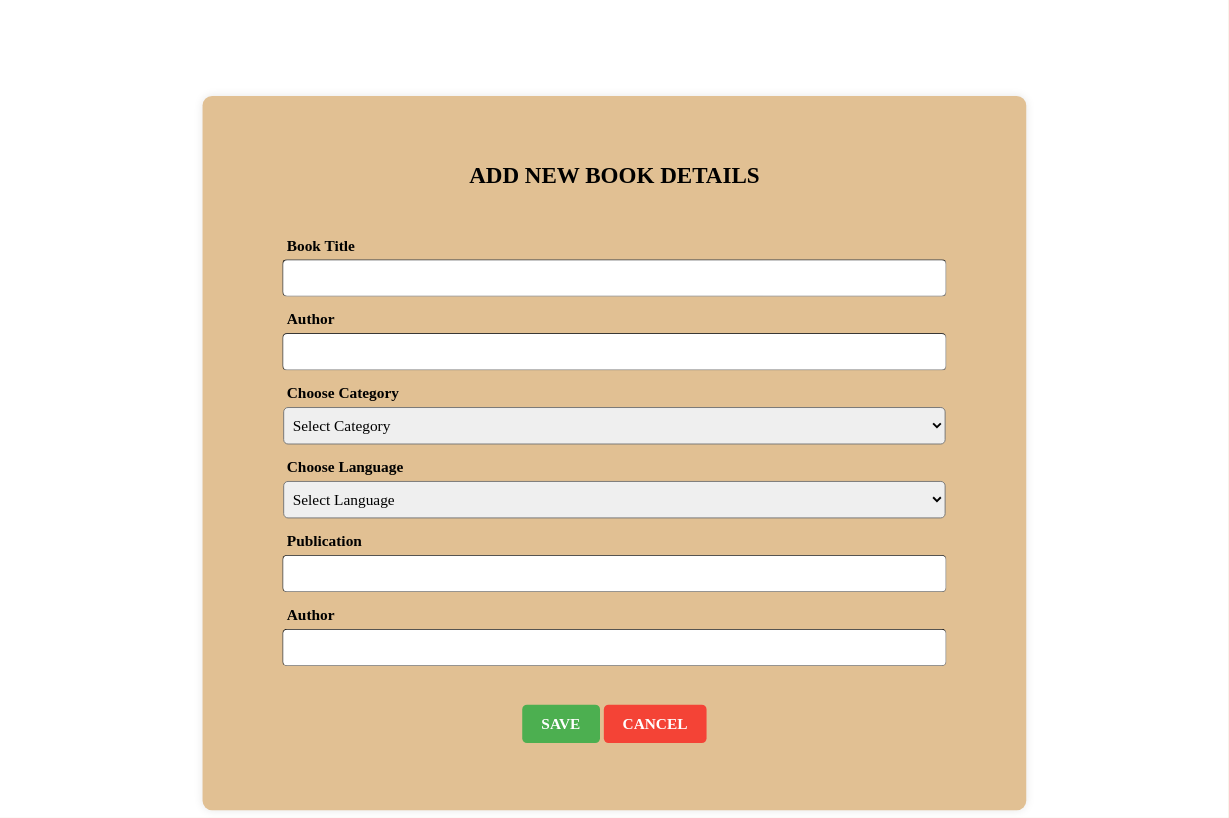
Repository: devikrishna908/RURAL-LIBRARY-MANAGEMENT
Page: http://localhost/library-management/WEB-INF/jsp/add-book.jsp
These files come from the project's save history. The page is drawn as it stood at one moment and after the next save; the edit follows.
The browser window is 1280 px wide. The pictures show the whole page, at 96% of full size.
The page is served by Tomcat 9. Nobody is signed in. The template is opened directly, without the code that normally fills it, so the values that code supplies are empty.

Above is the page before, as saved 2024-05-24 06:06:19.

After the next save:
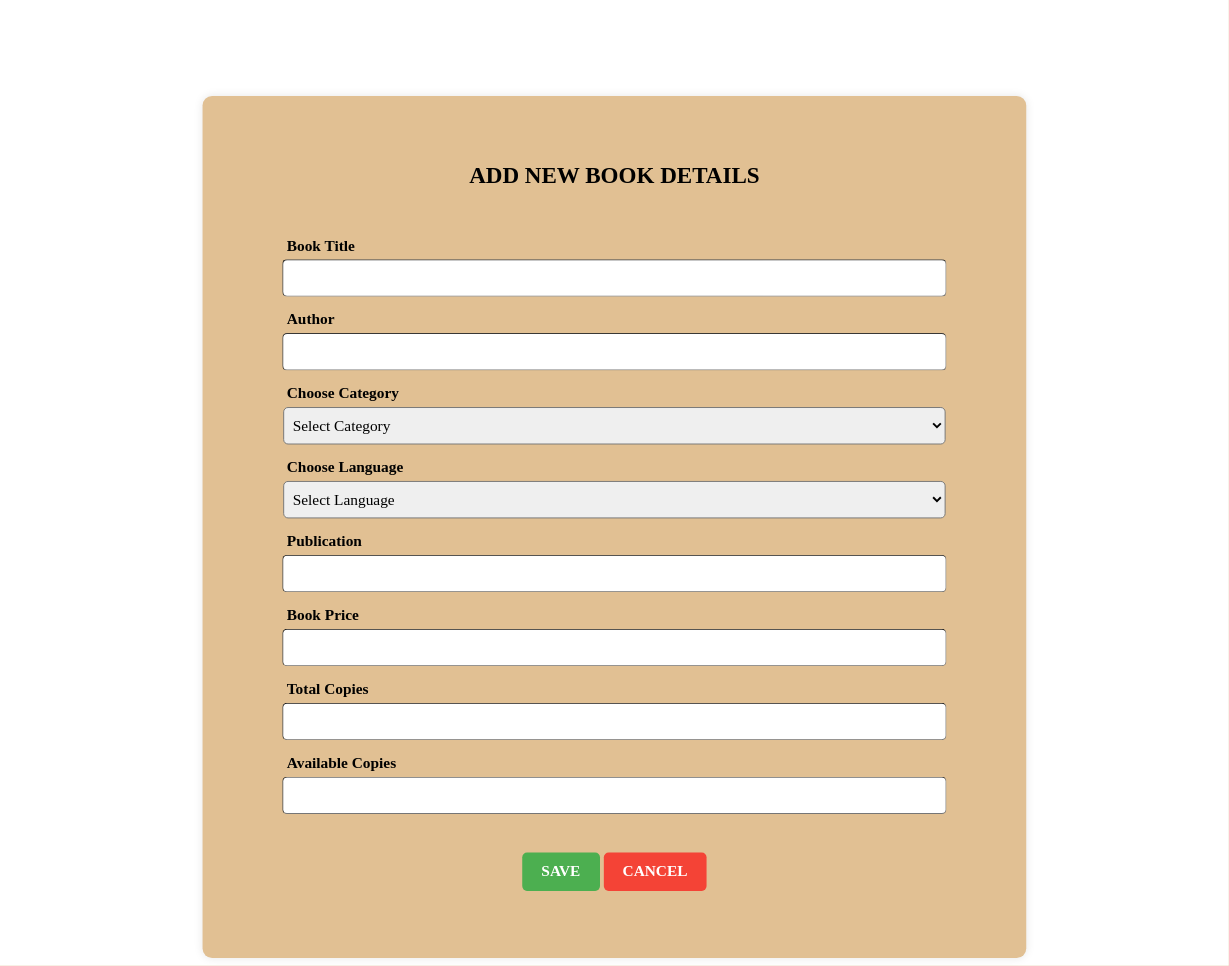
Saved 2 min 0 s later.
--- a/library-management/src/main/webapp/WEB-INF/jsp/add-book.jsp
+++ b/library-management/src/main/webapp/WEB-INF/jsp/add-book.jsp
@@ -52,8 +52,14 @@
 		        <label for="publication">Publication</label>
     		    <input type="text" id="publication" name="publication"><br>
 
-		        <label for="author">Author</label>
-    		    <input type="text" id="author" name="author"><br>
+		        <label for="price">Book Price</label>
+    		    <input type="text" id="price" name="price"><br>
+
+		        <label for="total">Total Copies</label>
+    		    <input type="text" id="total" name="total"><br>
+
+		        <label for="available">Available Copies</label>
+    		    <input type="text" id="available" name="available"><br>
 
 				<div class="input-button">
 					<input type="submit" value="SAVE" class="insert">
